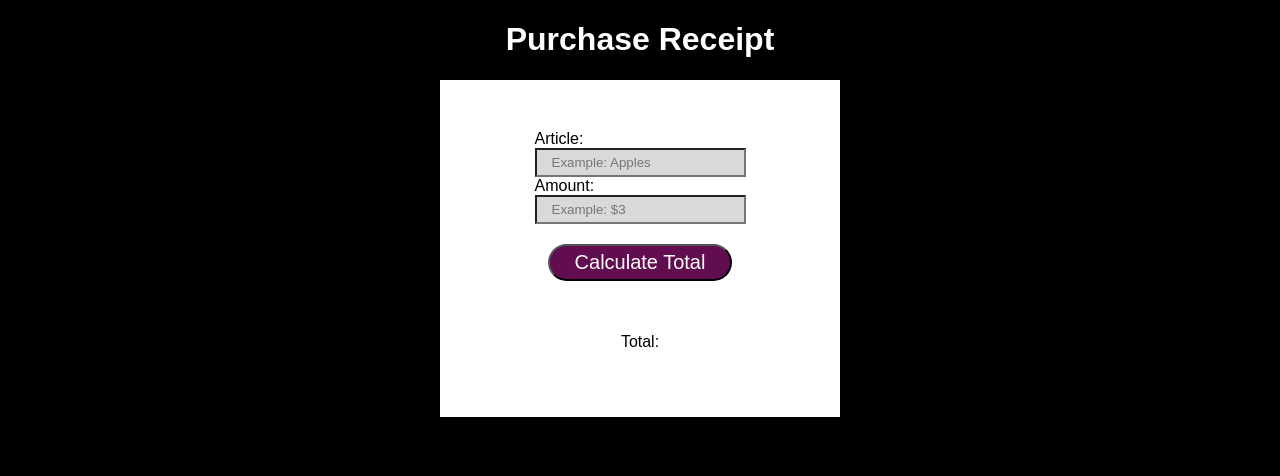
Repository: cokoduwa/js-study-group
Page: exercises/01/index.html
These files come from the project's save history. The page is drawn as it stood at one moment and after the next save; the edit follows.
The browser window is 1280 px wide. The pictures show the whole page.

Above is the page before, as saved 2023-02-14 21:50:34.

After the next save:
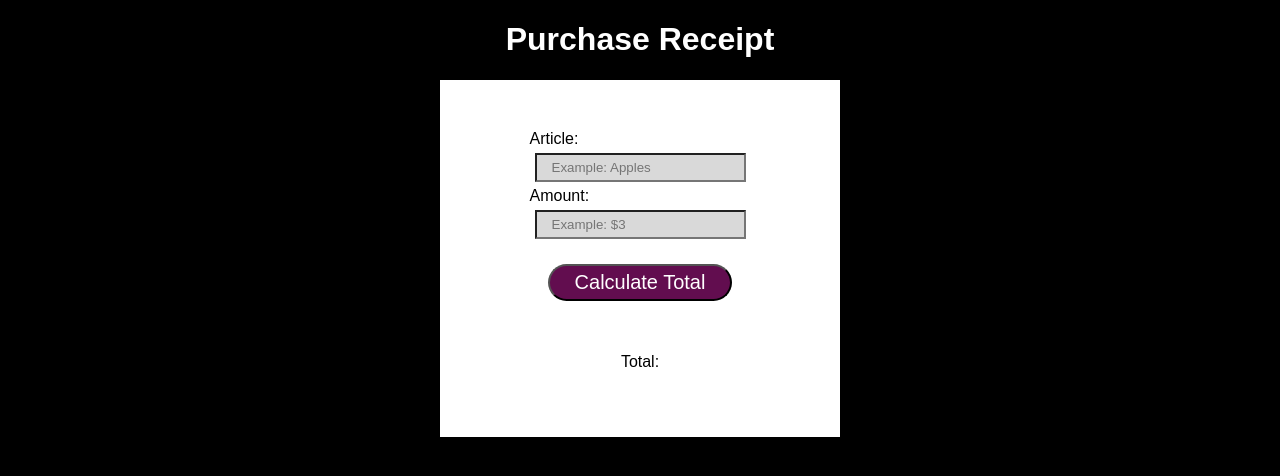
Saved 12 s later.
--- a/exercises/01/index.css
+++ b/exercises/01/index.css
@@ -20,7 +20,8 @@ h1 {
 
 input {
     background-color: #D9D9D9;
-    padding: 5px 15px ;
+    padding: 5px 15px;
+    margin: 5px;
 }
 
 button {
